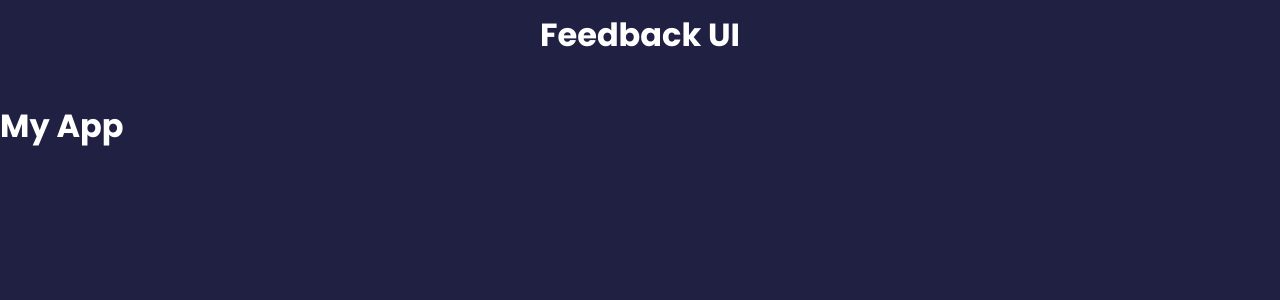
Repository: haokiet2501/feedback-app
Page: /
The author's editor kept a copy of each file at every save. The page is drawn from the files as they stood at one save, then again after the next save.
The browser window is 1280 px wide. The pictures show the whole page.
The project was rebuilt for these pictures with package versions that can differ from the ones it lists, and the page was loaded fresh each time.

Above is the page before, as saved 2022-02-23 09:03:50.

### public/index.html
<!DOCTYPE html>
<html lang="en">
  <head>
    <meta charset="utf-8" />
    <link rel="icon" href="%PUBLIC_URL%/favicon.ico" />
    <meta name="viewport" content="width=device-width, initial-scale=1" />
    <meta name="theme-color" content="#000000" />
    <meta
      name="description"
      content="Web site created using create-react-app"
    />
    <link rel="apple-touch-icon" href="%PUBLIC_URL%/logo192.png" />

    <link rel="manifest" href="%PUBLIC_URL%/manifest.json" />

    <title>Feedback App</title>
  </head>
  <body>
    <noscript>You need to enable JavaScript to run this app.</noscript>
    <div id="root"></div>

  </body>
</html>

### src/index.js
import React from 'react'
import ReactDOM from 'react-dom'
import App from './App'
import './index.css'
ReactDOM.render (
    <React.StrictMode>
        <App />
    </React.StrictMode>,
    document.getElementById('root')
)

### src/App.js
import Header from "./components/Header"

function App() {
    return (
        <>
            <Header bgColor='red' textColor='blue' />
            <div className="contianer">
                <h1>My App</h1>
            </div>
        </>
    )
}

export default App

### src/components/Header.jsx
import React from 'react'
import ProTypes from 'prop-types'

const Header = ({ text, bgColor, textColor }) => {
  return (
    <header>
        <div className="container">
            <h1>{text}</h1>
        </div>
    </header>
  )
}

Header.defaultProps = {
    text: 'Feedback UI',
}

Header.proTypes = {
    text: ProTypes.string,
}

export default Header

Loaded but not shown: src/index.css (common file)

After the next save:
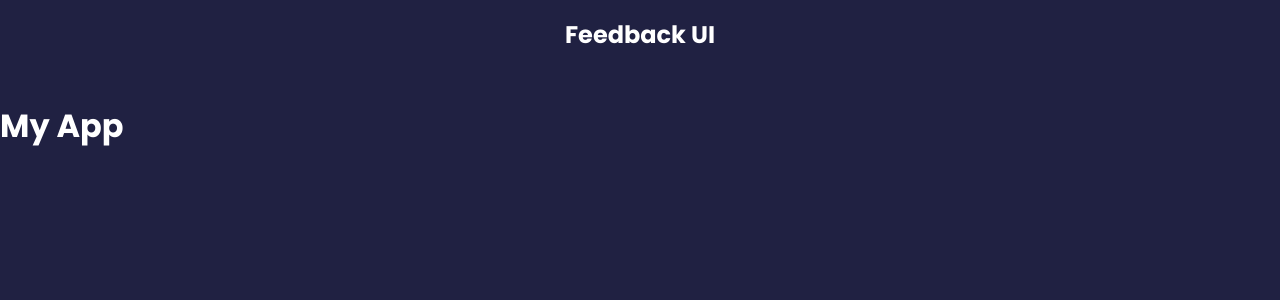
Saved 6 s later.
--- a/src/components/Header.jsx
+++ b/src/components/Header.jsx
@@ -5,7 +5,7 @@ const Header = ({ text, bgColor, textColor }) => {
   return (
     <header>
         <div className="container">
-            <h1>{text}</h1>
+            <h2>{text}</h2>
         </div>
     </header>
   )
